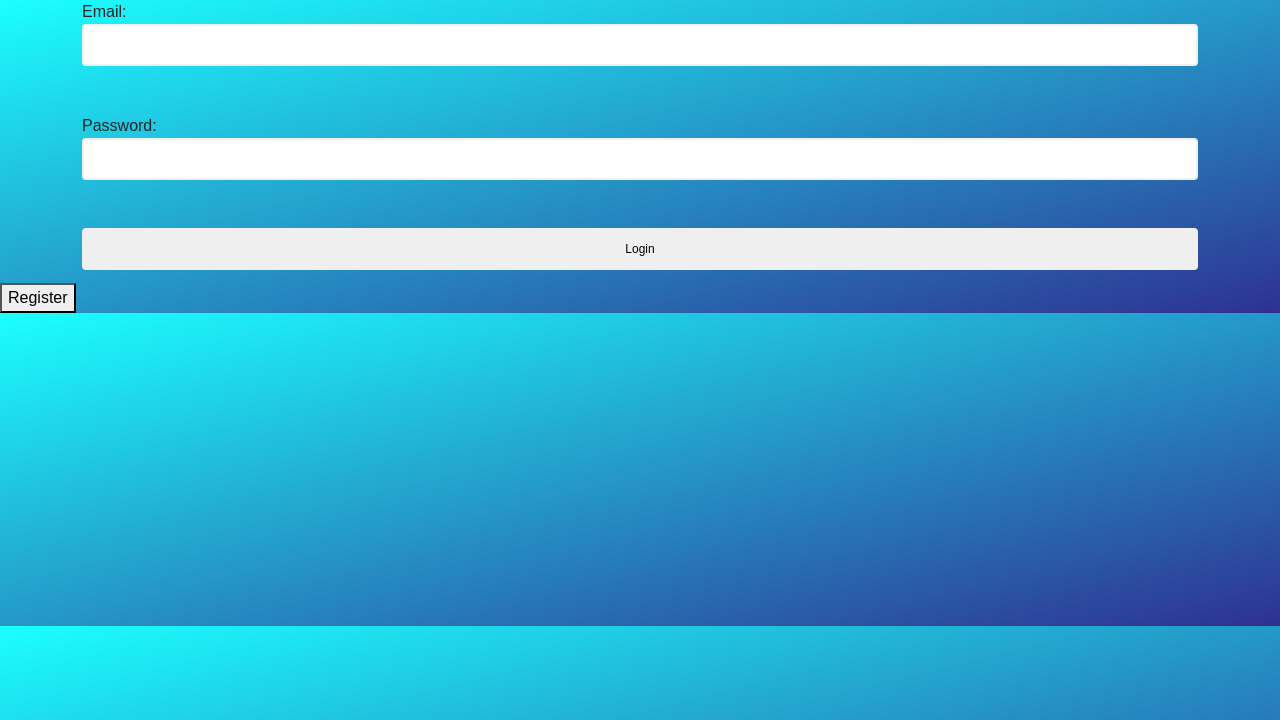
Repository: MD-1107/ISS_Assignment
Page: http://localhost/DemoRegisterLogin/login.jsp
An editor plug-in stored every save of this project. The page is shown before and after the next save, followed by the edit.
The browser window is 1280 px wide. The pictures show the whole page.
The page is served by Tomcat 9.

Above is the page before, as saved 2024-01-03 11:55:00.
Console error: TypeError: Cannot read properties of undefined (reading 'name')

After the next save:
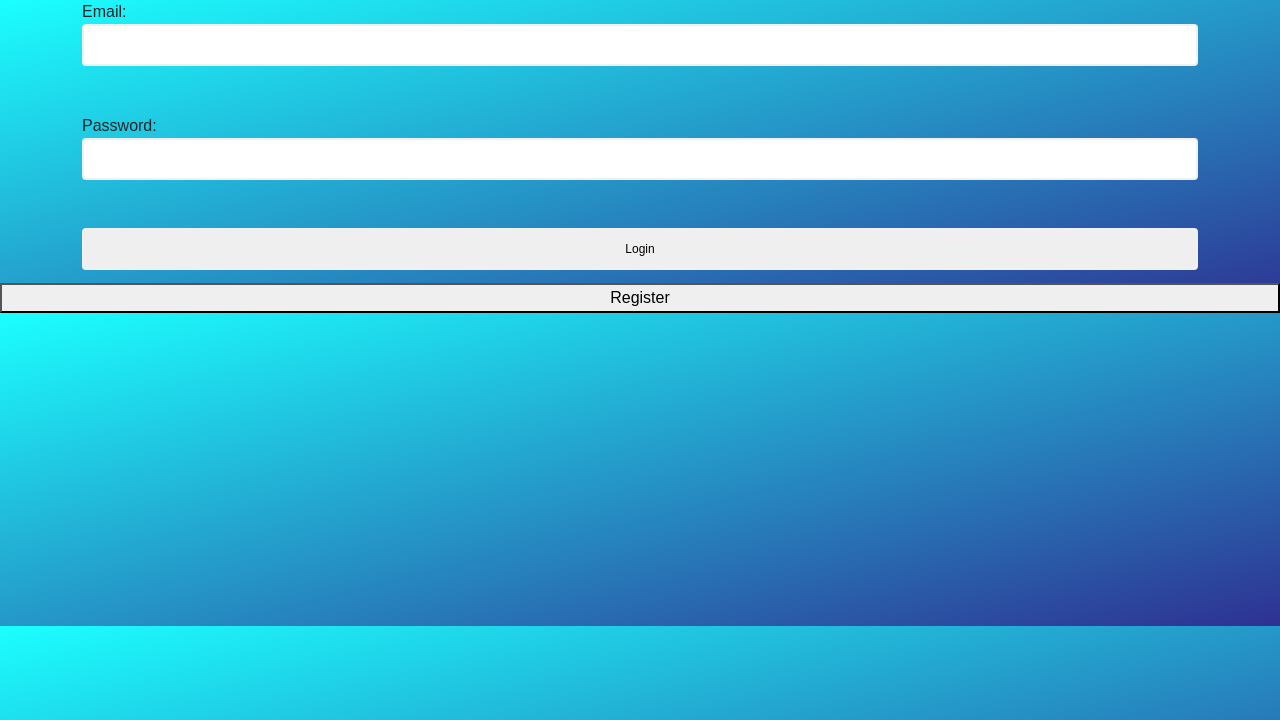
Saved 5 min 16 s later.
--- a/INTEGRATING CLIENT SIDE PROGRAMMING/DemoRegisterLogin/src/main/webapp/login.jsp
+++ b/INTEGRATING CLIENT SIDE PROGRAMMING/DemoRegisterLogin/src/main/webapp/login.jsp
@@ -13,18 +13,18 @@
 <body>
 <div class="container">
 <form name="loginForm" action="Login" method="post">
-<div class="input-control">
+   <div class="input-control">
     Email: <input type="text" id="email" name="email"/> <br/> <br/>
     Password: <input type="password" id="password" name="password"/> <br/> <br/>
     <input type="submit" value="Login" />
     <div class="error"></div></div>
     </div>
 </form>
-
-
-<div class="input-control">
-       <form action="Register" method="get">
+<form action="Register" method="get">
+       <div class="input-control">
         <button type="submit">Register</button>
+        </div>
+</form>
 </div>
 </body>
 </html>
